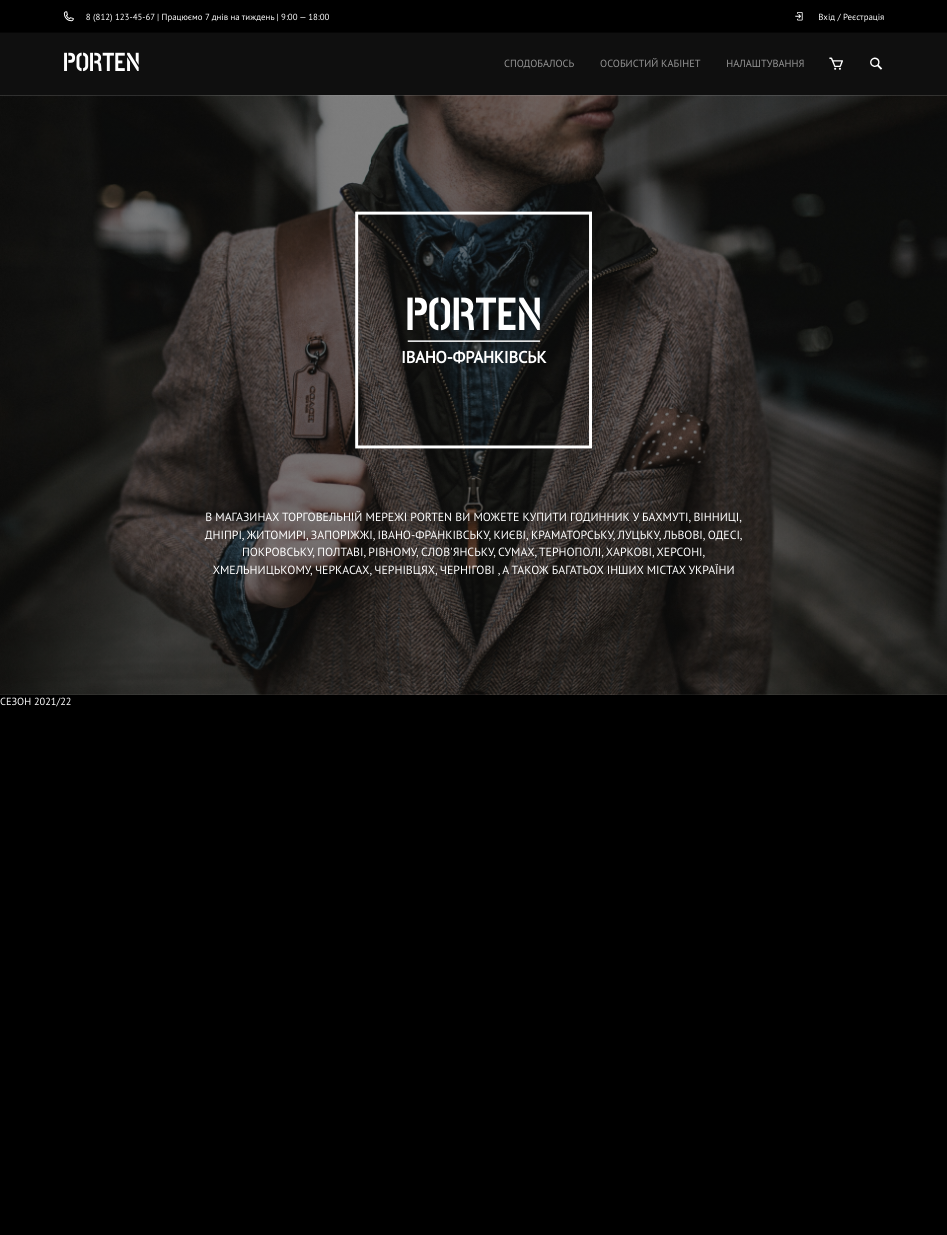
Repository: KYUUBI-K/porten
Page: index.html
The author's editor kept a copy of each file at every save. The page is drawn from the files as they stood at one save, then again after a run of saves.
The browser window is 1280 px wide. The pictures show the whole page, at 74% of full size.

Above is the page before, as saved 2025-09-09 22:14:45.

After the next 2 saves:
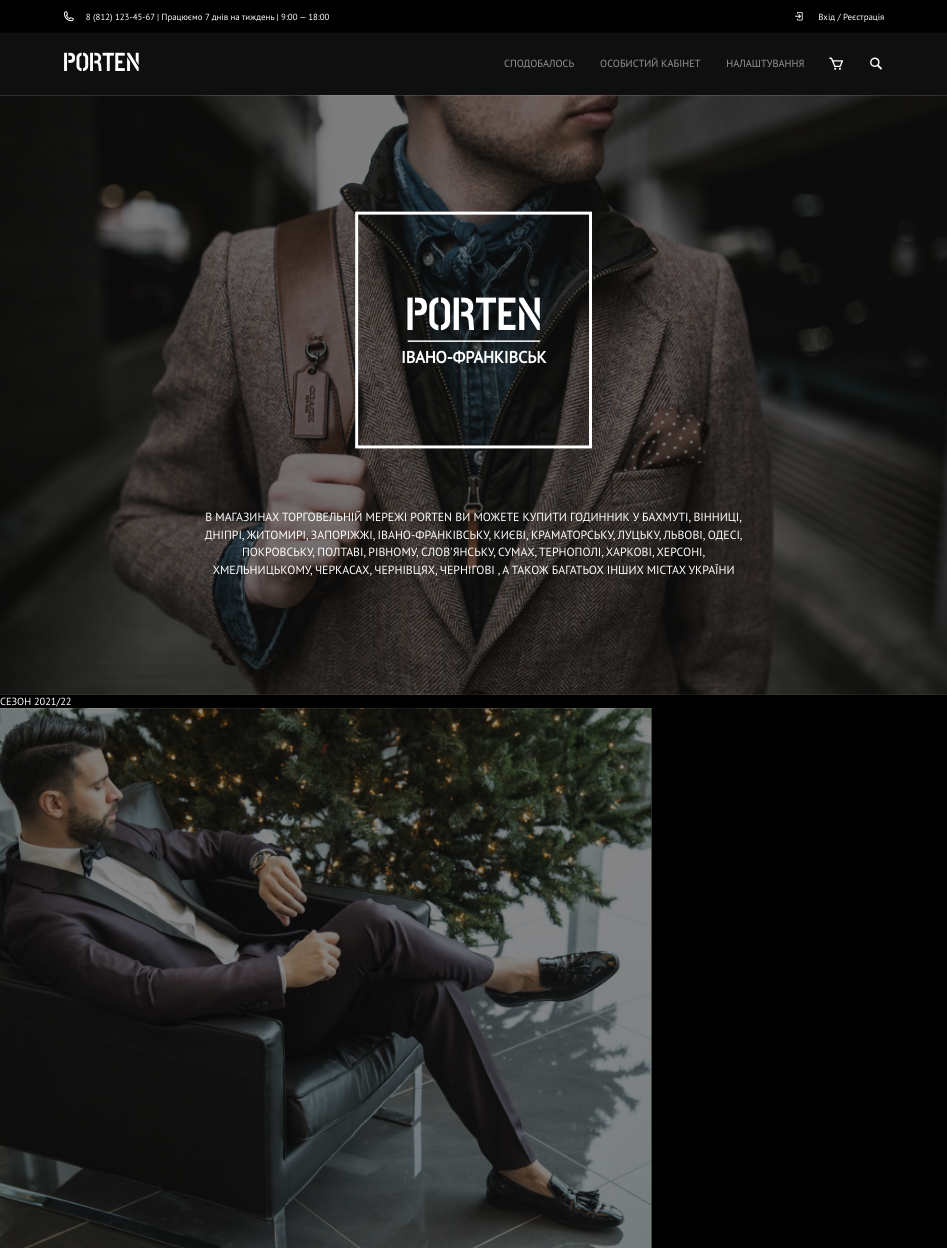
The 2 saves are shown as one change because they came seconds apart.
The last was saved 13 s later.
--- a/styles.css
+++ b/styles.css
@@ -180,9 +180,10 @@
 }
 
 .new-collection {
-  min-height: 730px;
 }
 .catalog {
+  min-height: 730px;
+
   max-width: 880px;
   background: linear-gradient(
       0deg,

After the save that followed:
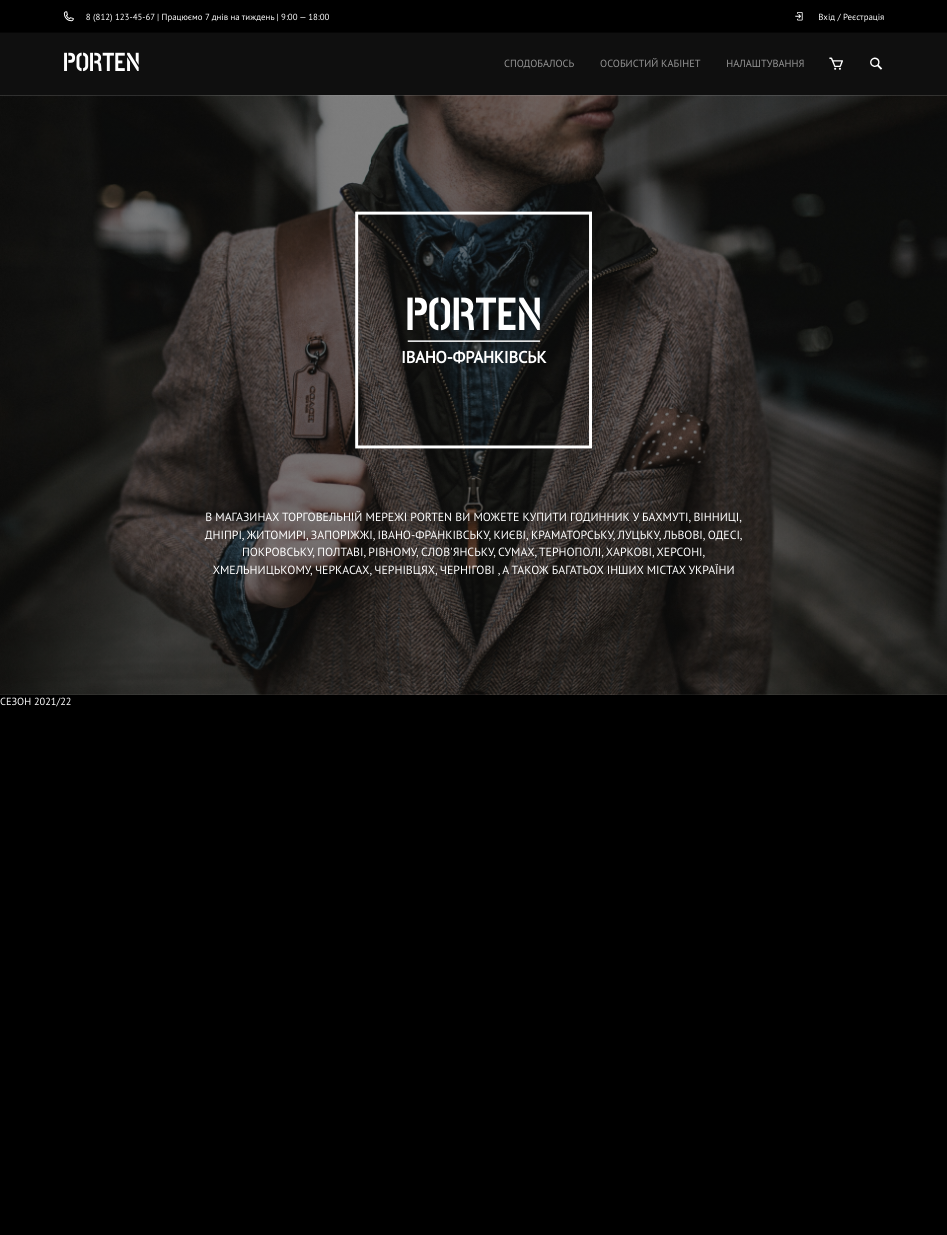
Saved 36 s later.
--- a/styles.css
+++ b/styles.css
@@ -180,6 +180,7 @@
 }
 
 .new-collection {
+  display: flex;
 }
 .catalog {
   min-height: 730px;
